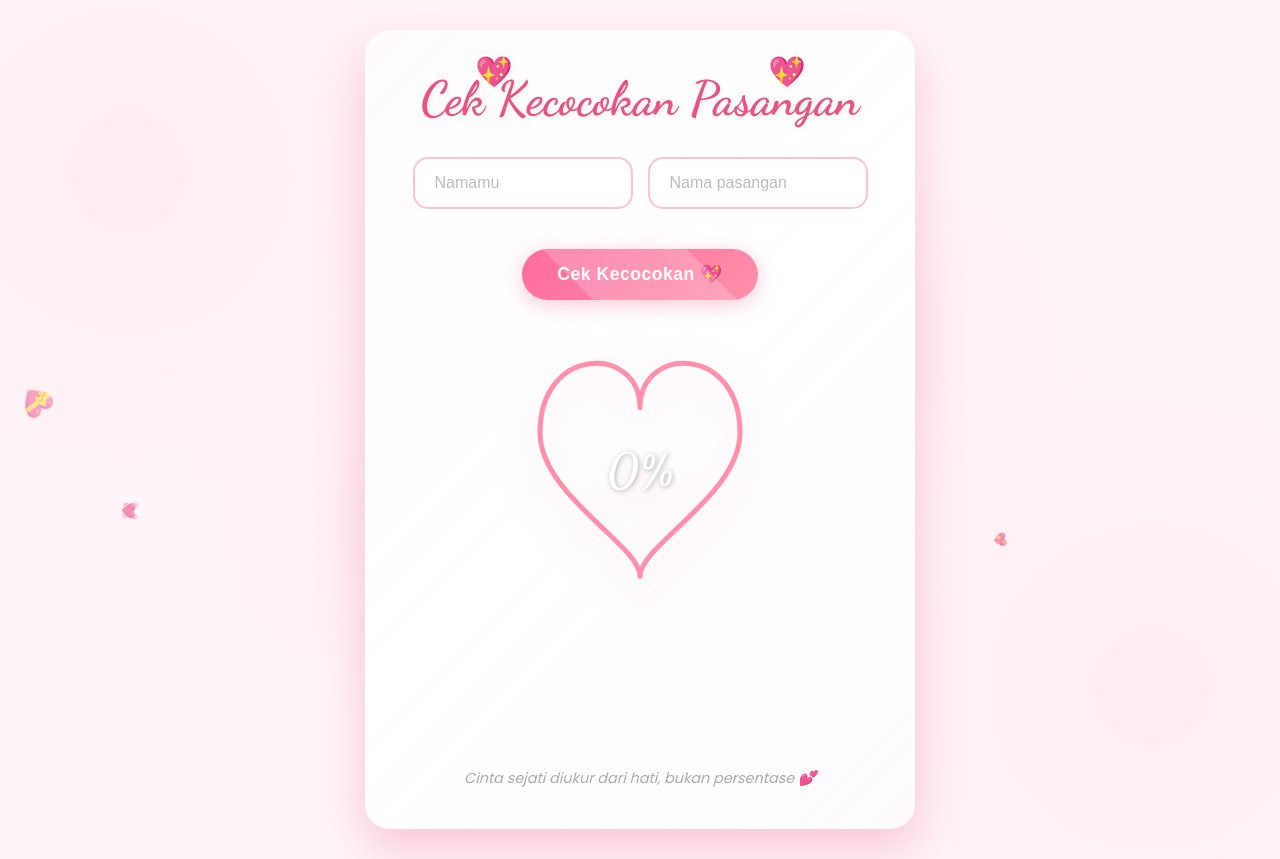
Repository: zhr-nabila/cek-jodoh
Page: cek.html
The author's editor kept a copy of each file at every save. The page is drawn from the files as they stood at one save, then again after a run of saves.
The browser window is 1280 px wide. The pictures show the whole page.

Above is the page before, as saved 2025-06-10 00:37:46.

After the next 2 saves:
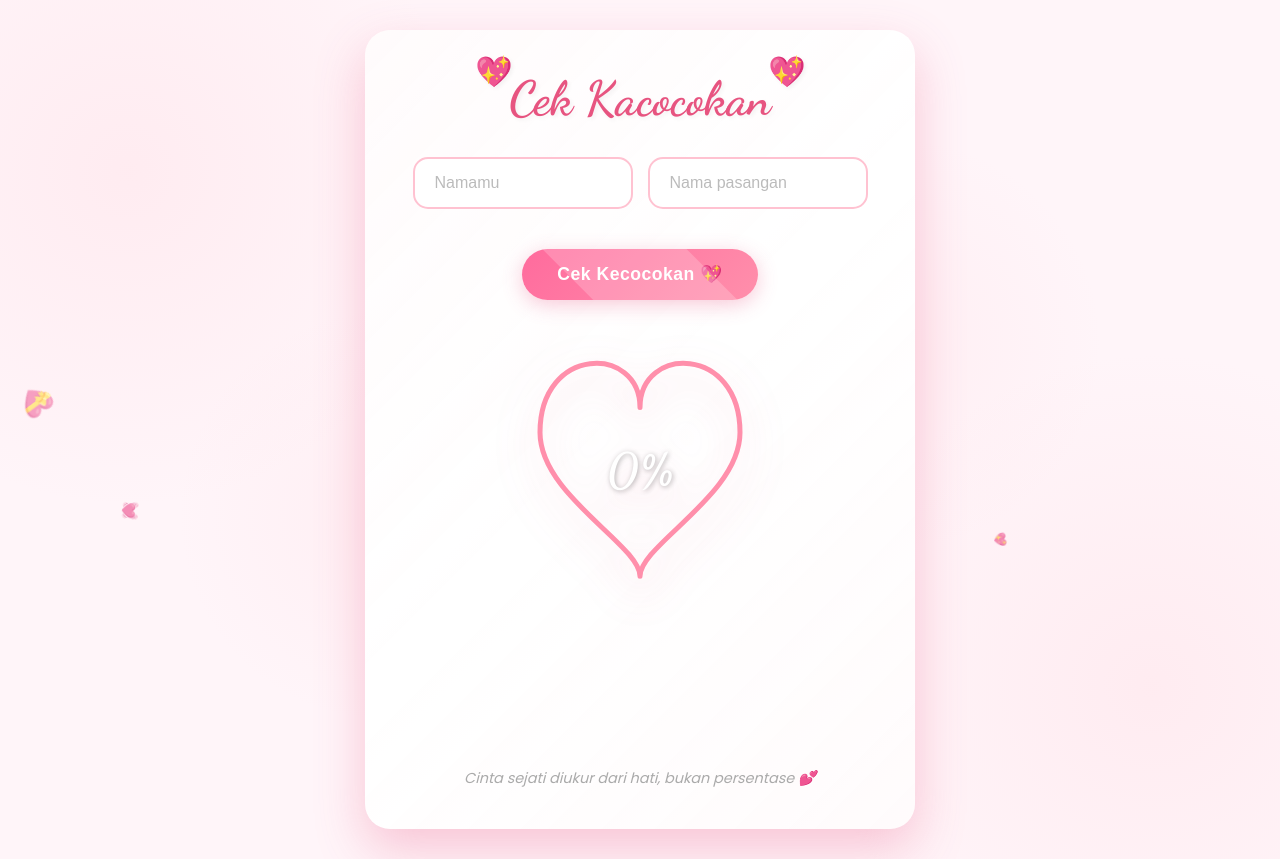
The 2 saves are shown as one change because they came seconds apart.
The last was saved 7 s later.
--- a/cek.html
+++ b/cek.html
@@ -515,7 +515,7 @@
   </head>
   <body>
     <div class="container">
-      <h1 class="animate__animated animate__fadeInDown">Cek Kecocokan Pasangan</h1>
+      <h1 class="animate__animated animate__fadeInDown">Cek Kacocokan</h1>
 
       <div class="input-group">
         <input
